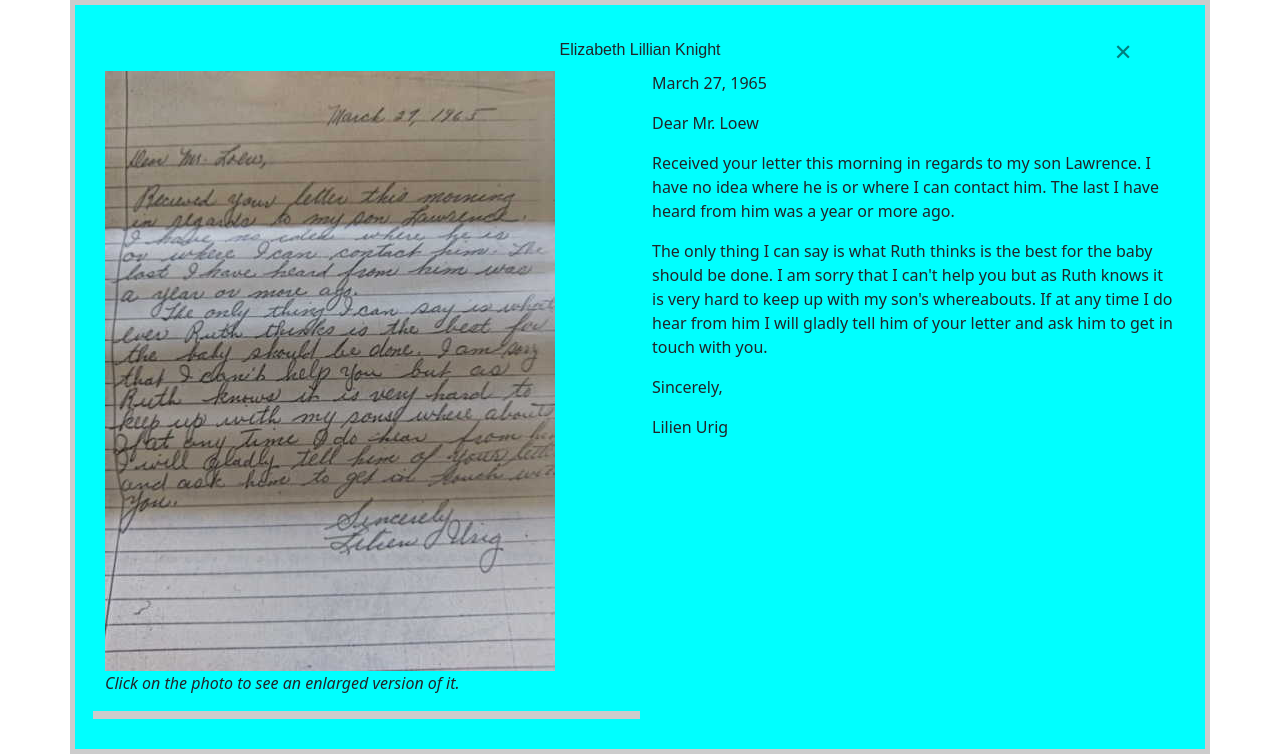
Repository: George2916/GreensladeFamilyTree
Page: photoDocsElizabethLillianKnight.html
The author's editor kept a record of every edit. The page is drawn from the files as they stood at one moment, then again after the next edit.
The browser window is 1280 px wide. The pictures show the whole page.

Above is the page before.

### photoDocsElizabethLillianKnight.html
<!doctype html>
<html lang="en">
<head>

    <meta charset="utf-8">
    <meta http-equiv="X-UA-Compatible" content="IE-edge">
    <meta name="viewport" content="width=device-width, initial-scale=1">
    <!--[if lt IE 9]
        <script src="https://oss.maxcdn.com/html5shiv/3.7.2/html5shiv.min.js"></script>
        <script src="https://oss.maxcdn.com/respond/1.4.2/respond.min.js"></script>
    <![endif]-->

    <link rel="stylesheet" type="text/css" href="css/bootstrap.css">
    <link rel="stylesheet" type="text/css" href="css/myStyle.css">

 <title>Elizabeth Lillian Knight - Documents</title>

</head>
<body>

<div class="container background">

     <div class="row">

        <div class="col-1" >
        </div>

        <div class="col-10">
            <h6 id="headingZZZ">Elizabeth Lillian Knight</h6>
        </div>

  		<div class="col-1">
  		    <button onclick="goingBack()" id="btn-ZZZ"><!--&times; &#10006;-->&#x2715;</button>
        </div>

    </div>

    <div class="row">

        <div class="col-12 col-md-6 borderBottom">
            <a data-bs-toggle="modal" href="#groupPhotoModal">
             <img class="img-fluid" src="images/letterFromElizabethLillianKnight.jpg"></a>
             <p><i>Click on the photo to see an enlarged version of it.</i></p>
        </div>

        <div class="col-12 col-md-6">
            <p>March 27, 1965</p>
            <p>Dear Mr. Loew</p>
            <p>Received your letter this morning in regards to my son Lawrence. I have no idea where he is or where I can contact him. The last I have heard from him was a year or more ago.</p>
            <p>The only thing I can say is what Ruth thinks is the best for the baby should be done. I am sorry that I can't help you but as Ruth knows it is very hard to keep up with my son's whereabouts. If at any time I do hear from him I will gladly tell him of your letter and ask him to get in touch with you.</p>
            <p>Sincerely,</p>
            <p>Lilien Urig</p>
        </div>

    </div>

<!--modal-->

<div class="modal fade" id="groupPhotoModal" tabindex="-1" aria-labelledby="groupPhotoLabel" aria-hidden="true">
    <div class="modal-dialog modal-xl modal-Photo">
    <div class="modal-content">
    <div class="modal-header">
    <p class="modal-title"></p>
    <button type="button" class="btn-close" data-bs-dismiss="modal" aria-label="Close"></button>
    </div> <!-- /modal-header -->
    <div class="modal-body borderBottomModalPhoto">
    <img class="img-fluid" src="images/letterFromElizabethLillianKnight.jpg">
    </div><!-- /modal-body -->
    </div> <!-- /modal-content -->
    </div> <!-- /modal-dialog -->
</div> <!-- /modal -->

</div> <!--closes container-->

<script src="js/bootstrap.js"></script>
<script src="js/myJavascript.js"></script>

</body>
</html>

### css/myStyle.css
/*STYLING FOR INDEX.HTML*/

.tree {width: 44500px;}

.George1 {
	background: #00FFFF;
	border: 1px solid #ccc;
	border-radius: 5px;
	-webkit-border-radius: 5px;
	-moz-border-radius: 5px;
	-o-border-radius: 5px;
	color: #666;
	display: inline-block;
	font-family: arial, verdana, tahoma;
	font-size: 11px;
	height: 50px;
	margin-right: -4px;
	text-decoration: none;
	vertical-align: text-bottom;
	width: 180px;
}

.George1 p {text-align: center;}

.George2 {
	background: white;
	display: inline-block;
	font-family: arial, verdana, tahoma;
	font-size: 11px;
	height: 50px;
	margin-right: -4px;
	text-align: center;
	vertical-align: text-bottom;
	width: 180px;
}

.George2 svg {overflow: visible;}

.George3::after {
	content: '';
    position: relative;
    top: 50%;
    border-top: 3px dashed lightblue;
    display: block;
}

.George4 {
	background: white;
	border: 1px solid white;
	color: blue;
	display: inline-block;
	font-family: arial, verdana, tahoma;
	font-size: 13px;
	height: 50px;
	margin-right: -4px;
	padding: 15px;
	text-align: center;
	vertical-align: text-bottom;
	width: 180px;
}

.George5 {position: relative;}

.sticky {
	position: sticky;
	left:0;
	z-index:10;
}

.divorceSign {
	font-size: 225%;
	letter-spacing: -5.5px;
	line-height: 110%;
}

.marriageSign {
	font-size: 225%;
	letter-spacing: -6px;
	line-height: 110%;
}

.marriageSignELKnight {
	font-size: 225%;
	letter-spacing: -6px;
	line-height: 50%;
	padding-bottom: 20px;
}

/*the next 5 divs create the lines to the left and right of GAG, born 1864 and GG, born about 1833*/

.lineGAG1 {
  width: 60px;
  background: #ccc;
  height: 2px;
  display: inline-block;
  margin-bottom: 2.5px;
}

.pointGAG1 {
  width: 0;
  height: 0;
  border-top: 5px solid transparent;
  border-bottom: 5px solid transparent;
  border-left: 10px solid #ccc;
  display: inline-block;
  margin-bottom: -1px;
  margin-right: -4px;
  transform: rotate(180deg);
  -moz-transform: rotate(180deg);
  -o-transform: rotate(180deg);
  -webkit-transform: rotate(180deg);
}

.marriageGAG{
	display: inline-block;
	margin-top: 22px;
}

.lineGAG2 {
  width: 60px;
  background: #ccc;
  height: 2px;
  display: inline-block;
  margin-bottom: 2.5px;
  margin-right: -4px;
}

.pointGAG2 {
  width: 0;
  height: 0;
  border-top: 5px solid transparent;
  border-bottom: 5px solid transparent;
  border-left: 10px solid #ccc;
  display: inline-block;
  margin-bottom: -1px;
}

.upperRight a {
	position: absolute;
	bottom: 102.5%;
	color: #666;
	text-decoration: none;
}

.upperRightArrow {font-size: 125%;}

.docLink {
	color: black;
	text-decoration: none;
}

.docLink:hover {
	color: black;
	font-weight: 500;
	text-decoration: none;
}

.progenyLink {
	color: #666;
	text-decoration: none;
}

/*moreInfoZero used for people with neither birth nor death date, moreInfoOne used for people with one or the other, moreInfoTwo used for people with both*/

.moreInfoZero a {
	position: relative;
	bottom: -16px;
	left: 1px;
	color: #666;
	text-decoration: none;
	z-index: 2;
}

.moreInfoOne a {
	position: relative;
	bottom: 0;
	left: 1px;
	color: #666;
	text-decoration: none;
	z-index: 2;
}

.moreInfoTwo a {
	position: relative;
	bottom: 16px;
	left: 1px;
	color: #666;
	text-decoration: none;
	z-index: 2;
}

.moreInfoZero a:hover, .moreInfoOne a:hover, .moreInfoTwo a:hover, .progenyLink:hover, .upperRight a:hover, .upperRightKo a:hover, .upperRightWestacott a:hover {
	color: black;
	text-decoration: none;
}

.moreInfoArrow {
	font-size: 125%;
}

/* make text of "More Info" and "Pictures(1)" under George Aflred Greenslade, born 1864 smaller when viewed on smaller devices */

@media only screen and (max-width: 435px) {
  #smallFont {font-size: 95%}
}

/*STYLING FOR KO FAMILY TREE*/

.Ktree {width: 1300px;}

.ko1 {
	background: #FF7034;
	border-radius: 5px;
	-webkit-border-radius: 5px;
	-moz-border-radius: 5px;
	-o-border-radius: 5px;
	font-family: 'Itim', arial, verdana;
	font-size: 18px;
	height: 50px;
	margin: 5px 0px 5px 6px;
	padding-top: 10px;
	text-align: center;
	width: 906px;
}

.ko2 {width: 180px;}

.upperRightKo a {
	position: absolute;
	bottom: 77.7%;
	color: #666;
	text-decoration: none;
}

.indentKo {
	padding: 150px;
}

/*STYLING FOR DUFFY, LEO GARCIA, SCHNEIDER AND SIDOROFF FAMILY TREES*/

.duffyTree {width: 3900px;}

.LGtree {width: 1350px;}

.SchnTree {width: 945px;}

.stevensTree {width: 2400px;}

/*.duffy1A - 1C are used to create the colors of the Irish flag on Duffy family tree*/

.duffy1A {
	background: #169B62;
	border-radius: 5px 0px 0px 5px;
	-webkit-border-radius: 5px 0px 0px 5px;
	-moz-border-radius: 5px 0px 0px 5px;
	-o-border-radius: 5px 0px 0px 5px;
	display: inline-block;
	height: 71px;
	margin: 25px -185px -25px 850px;
	width: 600px;
	vertical-align: text-bottom;
}

.duffy1B {
	background: #f0ead6;
	display: inline-block;
	font-family: 'Itim', arial, verdana;
	font-size: 18px;
	height: 50px;
	margin: 5px -2px 5px -2px;
	padding-top: 10px;
	text-align: center;
	/* width: 300px; */
	width: 600px;
	vertical-align: text-bottom;
}

.duffy1C {
	background: #FF883E;
	border-radius: 0px 5px 5px 0px;
	-webkit-border-radius: 0px 5px 5px 0px;
	-moz-border-radius: 0px 5px 5px 0px;
	-o-border-radius: 0px 5px 5px 0px;
	display: inline-block;
	height: 71px;
	margin: 5px 0px -25px -5px;
	width: 600px;
	vertical-align: text-bottom;
}

/*.leoGarcia1A - 1C are used to create the colors of the Peruvian flag on the Leo Garcia family tree*/

.leoGarcia1A {
	background: #D91023;
	border-radius: 5px 0px 0px 5px;
	-webkit-border-radius: 5px 0px 0px 5px;
	-moz-border-radius: 5px 0px 0px 5px;
	-o-border-radius: 5px 0px 0px 5px;
	display: inline-block;
	height: 50px;
	margin: 5px -3px 5px 0px;
	width: 420px;
	vertical-align: text-bottom;
}

.leoGarcia1B {
	background: #f0ead6;
	display: inline-block;
	font-family: 'Itim', arial, verdana;
	font-size: 18px;
	height: 50px;
	margin: 5px -1px 5px -1px;
	padding-top: 10px;
	text-align: center;
	width: 420px;
	vertical-align: text-bottom;
}

.leoGarcia1C {
	background: #D91023;
	border-radius: 0px 5px 5px 0px;
	-webkit-border-radius: 0px 5px 5px 0px;
	-moz-border-radius: 0px 5px 5px 0px;
	-o-border-radius: 0px 5px 5px 0px;
	display: inline-block;
	height: 50px;
	margin: 5px 3px 5px -3px;
	width: 420px;
	vertical-align: text-bottom;
}

.sidoroff1 {
	background: #FF7034;
	border-radius: 5px;
	-webkit-border-radius: 5px;
	-moz-border-radius: 5px;
	-o-border-radius: 5px;
	font-family: 'Itim', arial, verdana;
	font-size: 18px;
	height: 50px;
	margin: 5px 0px 5px 0;
	padding-top: 10px;
	text-align: center;
	width: 1084px;
}

.stevens1 {
	background: #FF7034;
	border-radius: 5px;
	-webkit-border-radius: 5px;
	-moz-border-radius: 5px;
	-o-border-radius: 5px;
	font-family: 'Itim', arial, verdana;
	font-size: 18px;
	height: 50px;
	margin: 5px 0px 5px 720px;
	padding-top: 10px;
	text-align: center;
	width: 904px;
}

/* STYLING FOR MORRISON FAMILY TREE*/

.Mtree {width: 9400px;}

.morrison1 {
	background: #FF7034;
	border-radius: 5px;
	-webkit-border-radius: 5px;
	-moz-border-radius: 5px;
	-o-border-radius: 5px;
	font-family: 'Itim', arial, verdana;
	font-size: 18px;
	height: 50px;
	margin: 5px 0px 5px 2345px;
	padding-top: 15px;
	text-align: center;
	width: 1442px;
}

.indentElizabethLillianKnightDocs {padding-left: 250px;}

/*STYLING FOR WESTACOTT FAMILY TREE*/

.westacott1 {
	background: #FF7034;
	border-radius: 5px;
	-webkit-border-radius: 5px;
	-moz-border-radius: 5px;
	-o-border-radius: 5px;
	font-family: 'Itim', arial, verdana;
	font-size: 18px;
	height: 50px;
	margin: 5px 0px 5px 192px;
	padding-top: 10px;
	text-align: center;
	width: 540px;
}

.upperRightWestacott a {
	position: absolute;
	bottom: 61.5%;
	color: #666;
	text-decoration: none;
}

/*STYLING FOR MODALS*/

.modal-Info > div 	{
  	padding: 0px 20px 0px 20px;
	border: 2px solid #ccc;
	border-radius: 10px;
	-webkit-border-radius: 10px;
	-moz-border-radius: 10px;
	-o-border-radius: 10px;
	background: linear-gradient(#00FFFF, #ccfff2);
	background: -moz-linear-gradient(#00FFFF, #ccfff2);
	background: -webkit-linear-gradient(#00FFFF, #ccfff2);
	background: -o-linear-gradient(#00FFFF, #ccfff2);
 }

@media only screen and (max-width: 500px) {
   #shakespeareQuotes, #poem1, #poem2  {
    font-size: 70%;
  }
}

@media only screen and (max-width: 575px) and (min-width: 501px){
   #shakespeareQuotes, #poem1, #poem2  {
    font-size: 80%;
  }
}

.modal-Photo > div {margin: 10% auto;
 	padding: 5px 20px 13px 20px;
	border: 2px solid #ccc;
	border-radius: 10px;
	-webkit-border-radius: 10px;
	-moz-border-radius: 10px;
	-o-border-radius: 10px;
	background: #00FFFF;
}

.borderBottomModalPhoto {
	border-bottom: 2px solid #0080ff;
}

.modal-header {border-bottom: 2px solid #0080ff;}

.close {
	color: #000;
	font-family: arial, verdana, tahoma;
	font-size: 140%;
	opacity: 0.5;
	position: absolute;
	right: 12px;
	top: 25px;
	text-decoration: none;
	width: 36px;
}

/*modals with tabs*/

.btn-close:focus {
	box-shadow: none;
}

.tabHeading {
	color: #000000 !important;
	/* important is need for color because iphones default color is light blue*/
	border-radius: 100px;
	-webkit-border-radius: 100px;
	-moz-border-radius: 100px;
	-o-border-radius: 100px;
	outline: none !important;
    border: none !important;
	background: #0080ff;
	height: 40px;
	margin: 4px 0px;
	width: 100px;
}

.tabHeading:hover {
	cursor: grab;
	font-weight: 900;
}

.highlightedTab {background: #0000ff;
	border-radius: 100px;
	-webkit-border-radius: 100px;
	-moz-border-radius: 100px;
	-o-border-radius: 100px;
	font-weight: 700;
}

.highlightedTab:focus {
	outline: none !important;
    border: none !important;
}

/*STYLING FOR PHOTO[NAME].HTML AND PHOTODOCS[NAME].HTML */

@media only screen and (max-width: 576px) {
  .col-12 > p, .col-12 > div > p, .carousel-item > p  {font-size: 85%}
}

.img-responsive {
	max-width: 100%;
	height: auto;
	display: block;
}

.borderBottom {border-bottom: 8px solid #ccc;}

.pic-back {display: none;}

.background {background: #00FFFF;
	border: 5px solid #ccc;
	padding: 30px;
}

.center {text-align: center;}

.hover:hover {
	cursor: grab;
}

.heading {
	font-family: arial, verdana, tahoma;
	text-align: center;
}

/*the next 6 items create the styling for the button at the top of photo[name].html, photoDocs[name].html and carouselGeorgeAlfredGreensladeII.html*/

#headingZZZ {
	font-family: arial, verdana, tahoma;
	padding-top: 5px;
 	text-align: center;
}

#btn-ZZZ {
 	background: #00FFFF;
	border-style: hidden;
	color: #000;
	font-family: arial, verdana, tahoma;
	font-size: 140%;
	opacity: 0.5;
}

#btn-AAA {
	background: #9B533B;
	border-style: hidden;
	color: #000;
	font-family: arial, verdana, tahoma;
	font-size: 140%;
	opacity: 0.5;
}

#btn-ZZZ:hover {
	cursor: grab;
	opacity: 1.0;
}

#btn-AAA:hover {
	background: #00FFFF;
	cursor: grab;
	opacity: 1.0;
}

@media only screen and (max-width: 575px) {
   #headingZZZ {
    font-size: 85%;
  }

  #btn-ZZZ, #btn-AAA:hover {
  	font-size: 100%;}
}

/* STYLING FOR photoRichardGreenslade.html */

.noDisplay {
	visibility: hidden;
}

/*STYLING FOR photoWayneKnight.html*/

@media only screen and (min-device-width: 300px) {
  .wayneKnightPhoto {
    height: 170px;
    width: auto;
  }
}

@media only screen and (min-device-width: 350px) {
  .wayneKnightPhoto {
    height: 200px;
    width: auto;
  }
}

@media only screen and (min-device-width: 440px) {
  .wayneKnightPhoto {
    height: 260px;
    width: auto;
  }
}

@media only screen and (min-device-width: 500px) {
  .wayneKnightPhoto {
    height: 290px;
    width: auto;
  }
}

@media only screen and (min-device-width: 576px) {
  .wayneKnightPhoto {
    height: 320px;
    width: auto;
  }
}

@media only screen and (min-device-width: 768px) {
  .wayneKnightPhoto {
    height: 190px;
    width: auto;
  }
}

@media only screen and (min-device-width: 992px) {
  .wayneKnightPhoto {
    height: 250px;
    width: auto;
  }
}

@media only screen and (min-device-width: 1200px) {
  .wayneKnightPhoto {
    height: 320px;
    width: auto;
  }
}

@media only screen and (min-device-width: 1400px) {
  .wayneKnightPhoto {
    height: 350px;
    width: auto;
  }
}

/*STYLING FOR carouselGeorgeGreensladeII.html and photoDocs[name].html for BelleHinks, CarolinaVirginiaGreenslade and GeorgeGreensladeBorn1864*/

@media only screen and (min-width: 992px) {
	.BHcarousel-indicators {
		padding-bottom: 40px;
}
}

@media only screen and (min-width: 350px) {
	.GAGIcarousel-indicators {
		padding-bottom: 90px;
}
}

@media only screen and (min-width: 400px) {
	.GAGIcarousel-indicators {
		padding-bottom: 70px;
}
}

@media only screen and (min-width: 450px) {
	.GAGIcarousel-indicators {
		padding-bottom: 50px;
}
}

@media only screen and (min-width: 500px) {
	.GAGIcarousel-indicators {
		padding-bottom: 40px;
}
}

.carouselContainerGG {
	background: #9B533B;
	border: 4px solid #ccc;
	border-radius: 10px;
	-webkit-border-radius: 10px;
	-moz-border-radius: 10px;
	-o-border-radius: 10px;
}

@media only screen and (max-width: 767px) {
	.carouselGG {
		height: 400px;
		width: 100%;
		object-fit: contain;
}
}

@media only screen and (min-width: 768px) {
	.carouselGG {
		height: 500px;
		width: 100%;
		object-fit: contain;
}
}

@media only screen and (min-width: 992px) {
	.carouselGG {
		height: 700px;
		width: 100%;
		object-fit: contain;
}
}

.d-none {color: #FF7034;}

.carousel-indicators {filter: invert(100%);}

.carousel-control-prev-icon, .carousel-control-next-icon {filter: invert(100%); background-color:red;} /*background-color:red somehow changes the color of the left and righ arrows to something close to #00FFFF*/


.carousel .carousel-indicators button {
   	width: 10px;
  	height: 10px;
  	border-radius: 100%;
  	color: red;
}

/*STYLING FOR NAVBAR*/

.navbar {
	background: #FF7034;
	border-radius: 5px;
	-webkit-border-radius: 5px;
	-moz-border-radius: 5px;
	-o-border-radius: 5px;
	display: inline-block;
	font-family: arial, verdana, tahoma;
	margin: 5px 0px 5px 180px;
	width: 1628px;
}

.navbarDuffy {
	background: #f0ead6;
	border-radius: 5px;
	-webkit-border-radius: 5px;
	-moz-border-radius: 5px;
	-o-border-radius: 5px;
	display: inline-block;
	font-family: arial, verdana, tahoma;
	margin: 5px 0px 25px 180px;
	width: 600px;
}

.navbar-brand {
	font-family: 'Itim', arial, verdana;
}

.nav-item:hover {
	background: #FFB697;
	border-radius: 5px;
	-webkit-border-radius: 5px;
	-moz-border-radius: 5px;
	-o-border-radius: 5px;
}

.dropdown-menu {
	border: 2px solid #ccc;
	border-radius: 10px;
	-webkit-border-radius: 10px;
	-moz-border-radius: 10px;
	-o-border-radius: 10px;
	background: linear-gradient(#00FFFF, #ccfff2);
	background: -moz-linear-gradient(#00FFFF, #ccfff2);
	background: -webkit-linear-gradient(#00FFFF, #ccfff2);
	background: -o-linear-gradient(#00FFFF, #ccfff2);
}

.dropdown-item:hover {
	background: #00FFFF;
	border-radius: 15px;
	-webkit-border-radius: 5px;
	-moz-border-radius: 5px;
	-o-border-radius: 5px;
}

.dropdown-item:active {background-color: #00FFFF;
	color:black;
}
.dropdown-item:visited {background-color: #00FFFF;}

.georgeNB1 {
	display: inline-block;
	height: 50px;
	vertical-align: text-bottom;
	width: 5160px;
}

.indentShakespeare1 {padding-left: 20px;}

.indentShakespeare2 {padding-left: 25px;}

@media only screen and (max-width: 575px) {
   .indentShakespeare1 {
    padding-left: 0;
  }
}


/*STYLING IN SVG IN GREENSLADE FAMILY TREE*/

#thomasAndElizabethGreenslade::after, #georgeAndRhodaGreenslade::after {
	content: 'three \00a0\00a0\00a0 children';
    position: relative;
   	left: 6px;
   	top: -41px;
    color: #666;
    display: block;
}

#georgeAndMatildaGreenslade::after {
	content: 'four \00a0\00a0\00a0 children';
    position: relative;
   	left: 9px;
   	top: -41px;
    color: #666;
    display: block;
}

#maudeAndOtisBurnett::after {
	content: 'five \00a0\00a0\00a0 children';
    position: relative;
   	left: 9px;
   	top: -41px;
    color: #666;
    display: block;
}

#johnAndJaneGreenslade::after {
	content: 'nine \00a0\00a0\00a0 children';
    position: relative;
   	left: 9px;
   	top: -41px;
    color: #666;
    display: block;
}

#georgeAndAliceGreenslade::after {
	content: 'eight \00a0\00a0\00a0 children';
    position: relative;
   	left: 7px;
   	top: -41px;
    color: #666;
    display: block;
}

#georgeAndJaneGreenslade::after, #georgeAndEvaGreenslade::after, #elizabethAndFrederickSteer::after {
	content: 'six \00a0\00a0\00a0 children';
    position: relative;
   	left: 12px;
   	top: -41px;
    color: #666;
    display: block;
}

/*STYLING FOR realtionFinderModal AND poesyModal*/

.relationFinderButton {
	display: inline-block;
	vertical-align: text-bottom;
	line-height: 100%;
}

table {
  border-collapse: collapse;
  width: 100%;
}

th {
  border: 2px solid #ccc;
}

td {
	border: 2px solid #ccc;
	font-size: 90%;}

.tableHeading3 {font-size: 90%;
	font-weight: normal;
}
.firstColumn, .secondColumn {vertical-align: text-top;}

.thirdColumn {text-align: center;}

/*STYLING FOR MODALS FOR JOSEPH EUGENE WALSH, JONATHAN EDWARD GREENSLADE, RICHARD MICHAEL SIDOROFF, ANNIE MAY KNIGHT, ALBERT JAYNES MORRISON, JR.*/
/*STYLING FOR PHOTODOCS OF BESSIE GREENSLADE*/

.zoomA, .zoomB, .zoomC, .zoomC-1, .zoomE {margin: 0;}

@media only screen and (min-width: 768px) {

	.zoomA:hover {
		cursor: grab;
	  	transform: scale(2.0);
	  	transform-origin: left top;

	  	width: 600px;
	  	height: auto;
	  	/* ease | ease-in | ease-out | linear */
	 	transition: transform ease-in-out 0.1s;
	}

	.zoomA-1:hover {
		cursor: grab;
	  	transform: scale(1.0);
	  	transform-origin: left top;

	  	width: 600px;
	  	height: auto;
	  	/* ease | ease-in | ease-out | linear */
	 	transition: transform ease-in-out 0.1s;
	}

	.zoomB:hover {
		cursor: grab;
	  	transform: scale(2.5);
	  	transform-origin: left top;

	  	width: 600px;
	  	height: auto;
	  	/* ease | ease-in | ease-out | linear */
	 	transition: transform ease-in-out 0.1s;
	}

	.zoomC:hover {
		cursor: grab;
	  	transform: scale(3.5);
	  	transform-origin: top;

	  	width: 600px;
	  	height: auto;
	  	/* ease | ease-in | ease-out | linear */
	 	transition: transform ease-in-out 0.1s;
	}

	.zoomD:hover {
		cursor: grab;
	  	transform: scale(2.5);
	  	transform-origin: bottom;

	  	width: 600px;
	  	height: auto;
	  	/* ease | ease-in | ease-out | linear */
	 	transition: transform ease-in-out 0.1s;
	}

	.zoomE:hover {
		cursor: grab;
	  	transform: scale(3.5);
	  	transform-origin: left top;

	  	width: 600px;
	  	height: auto;
	  	/* ease | ease-in | ease-out | linear */
	 	transition: transform ease-in-out 0.1s;
	}

}

@media only screen and (max-width: 767px) {

	.zoomC-2 {display: none;}
}

/*STYLING FOR TOOLTIP ON MEAHAL DUFFY*/

.meahal {
	display: inline-block;
}
.meahal a {
	color: #666;
	text-decoration: none;
}

.meahal a:hover {
	color: black;
	text-decoration: none;
}

/*STYLING FOR GAGii MODAL*/

.modalIndent {
	margin-left: 15px;
}

Loaded but not shown: css/bootstrap.css (library); js/bootstrap.js (library); js/myJavascript.js (252 lines, source omitted)

After the next edit:
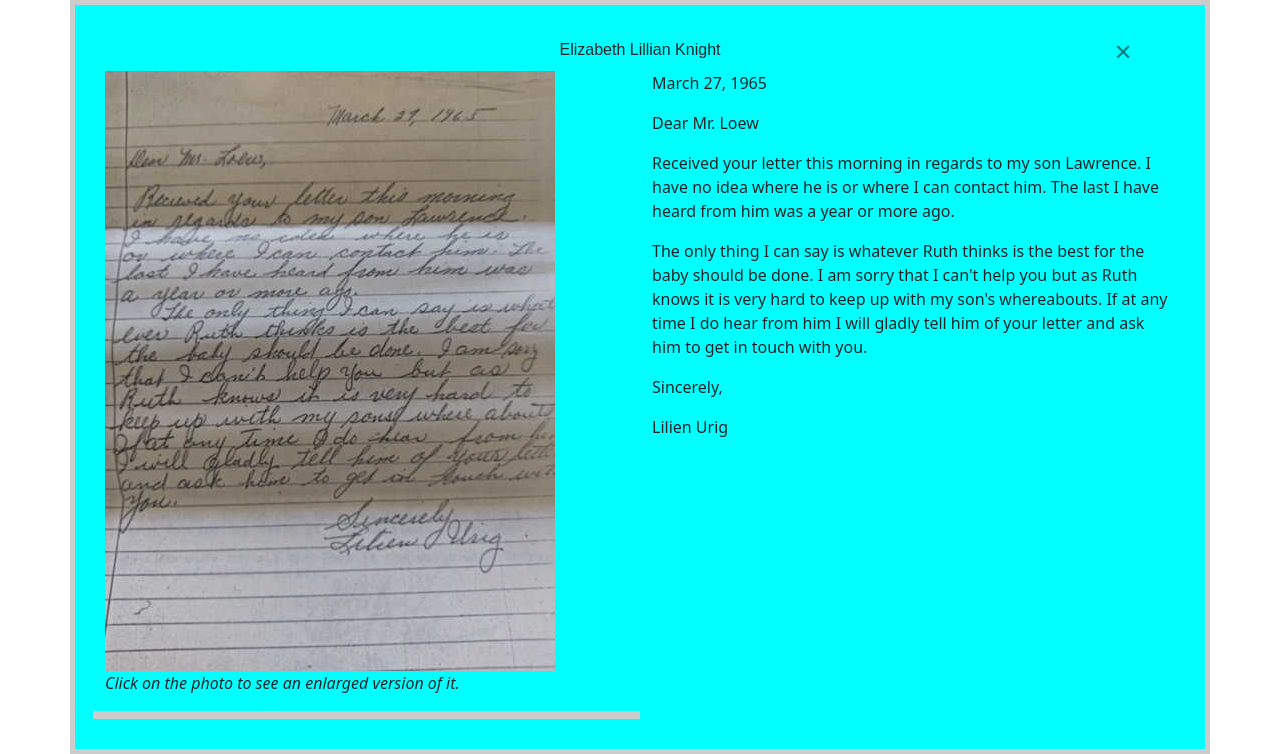
The edit:
--- a/photoDocsElizabethLillianKnight.html
+++ b/photoDocsElizabethLillianKnight.html
@@ -47,7 +47,7 @@
             <p>March 27, 1965</p>
             <p>Dear Mr. Loew</p>
             <p>Received your letter this morning in regards to my son Lawrence. I have no idea where he is or where I can contact him. The last I have heard from him was a year or more ago.</p>
-            <p>The only thing I can say is what Ruth thinks is the best for the baby should be done. I am sorry that I can't help you but as Ruth knows it is very hard to keep up with my son's whereabouts. If at any time I do hear from him I will gladly tell him of your letter and ask him to get in touch with you.</p>
+            <p>The only thing I can say is whatever Ruth thinks is the best for the baby should be done. I am sorry that I can't help you but as Ruth knows it is very hard to keep up with my son's whereabouts. If at any time I do hear from him I will gladly tell him of your letter and ask him to get in touch with you.</p>
             <p>Sincerely,</p>
             <p>Lilien Urig</p>
         </div>
